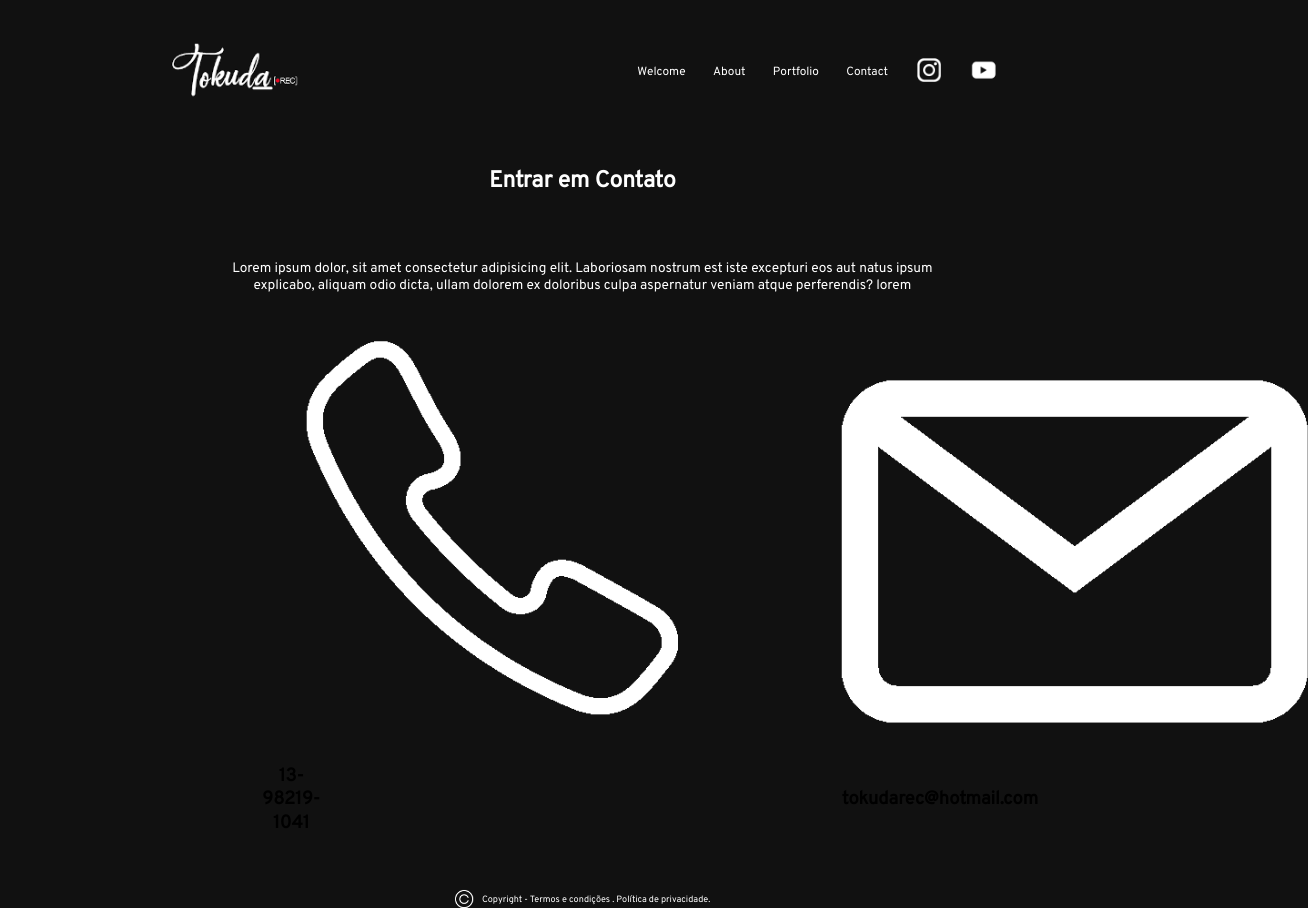
Repository: Lucasbeze/Project-FilmMaker
Page: projeto-alex/pages/contact.html
These files come from the project's save history. The page is drawn as it stood at one moment and after a run of saves; the edit follows.
The browser window is 1280 px wide. The page is 1437 px wide, then 1280 px, so the pictures cover 1437 px, including what lies to the right of the window. The pictures show the whole page, at 91% of full size.

Above is the page before, as saved 2022-08-26 16:42:15.

### projeto-alex/pages/contact.html
<!DOCTYPE html>
<html lang="pt-br">
<head>
  <meta charset="UTF-8">
  <meta http-equiv="X-UA-Compatible" content="IE=edge">
  <meta name="viewport" content="width=device-width, initial-scale=1.0">
  <title>Contact</title>
  <link rel="stylesheet" href="/css/contact.css">
  <link rel="shortcut icon" href="../imagens/faviconlogo.png" type="image/x-icon">
</head>
<body>
  <header>
    <a href="/"><img src="../imagens/logonovo.png" alt="logo-alextokuda"></a>
    <nav>
      <a href="/">Welcome</a>
      <a href="/about">About</a>
      <a href="/portfolio">Portfolio</a>
      <a href="/contact">Contact</a>
      <a href="https://www.instagram.com/" target="_blank"><img src="../imagens/instagram.png" alt="icon-instagram"></a>
      <a href="https://www.youtube.com/" target="_blank"><img src="../imagens/youtube.png" alt="icon-youtube"></a>
    </nav>
  </header>
  <main>
    <div class="main-page">
      <h1>Entrar em Contato</h1>
      <p>Lorem ipsum dolor, sit amet consectetur adipisicing elit. Laboriosam nostrum est iste excepturi eos aut natus ipsum explicabo, aliquam odio dicta, ullam dolorem ex doloribus culpa aspernatur veniam atque perferendis? lorem</p>
    </div>


    <div class="tel-mail">
      <div class="tel">
          <img src="../imagens/telefone (1).png" alt="icon-telefone">
          <h1>13-98219-1041</h1>

        </div>

        <div class="mail">

          <img src="../imagens/o-email.png" alt="icone-meial">
          <h1>tokudarec@hotmail.com</h1>
        </div>
    </div>


  </main>
  <footer>
    <img src="../imagens/copyright.png" alt="copyright-icon">
    <p>Copyright - Termos e condições . Política de privacidade. </p>
  </footer>

### projeto-alex/css/contact.css
@import url('https://fonts.googleapis.com/css2?family=Overpass&display=swap');

*{
  margin:0;
  padding:0;
  box-sizing:border-box;
}
:root {
  --main-bg-color:#111111;
  --text-color:#FFFFFF;
  --ff-text:'Overpass', sans-serif;
  --color-button: #D9D9D9;
  --color-butttonh:#afafaf ;
  font-size: 62.5%;
}
body{
  background-color:var(--main-bg-color);
  font-family:'Overpass', sans-serif;;
}
header{
  margin-top: 4.4rem;
  display: flex;
  align-items: center;
  justify-content: space-around;

}
header nav{
  font-size: 1.3rem;
  display: flex;
  align-items:center;
  gap: 30px;
}
header nav a {
  text-decoration: none;
  color:var(--text-color);
}
header nav img {
  width: 30px;
}
main {
  text-align: center;
}
.main-page {
  display: flex;
  align-items: center;
  flex-direction: column;
  justify-content: center;
}
.main-page h1 {
  margin-top:7rem;
  color: var(--text-color);
  font-size: 2.5rem;
}
.main-page p {
  width: 80rem;
  margin-top: 7rem;
  color: var(--text-color);
  font-size: 1.5rem;
}
.tel-mail {
  display: flex;
  justify-content: space-around;
  align-items: center;
}
.tel{
  width: 7rem;
}
.mail{
  width: 7rem;
}
footer{
  margin-top: 6rem;
  display:flex;
  align-items: center;
  justify-content: center;
  align-content: center;
  gap: 1rem;
  color: var(--text-color);
}
footer img{
  width:20px;
}

After the next 2 saves:
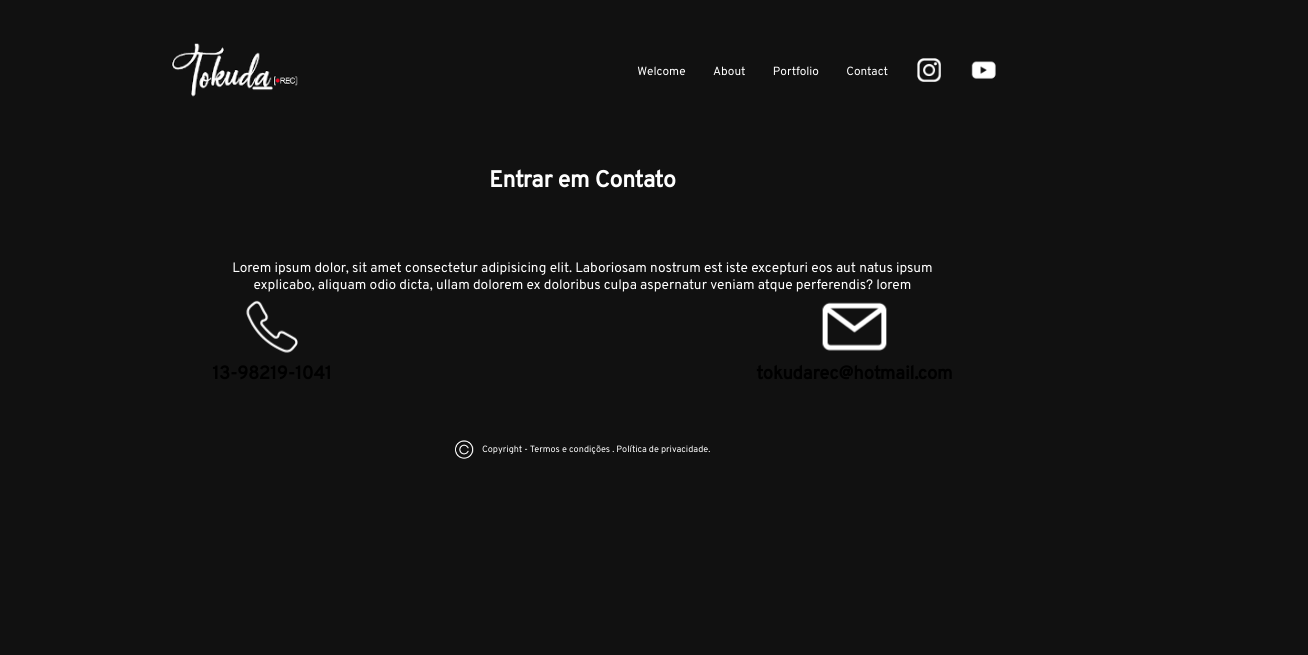
The 2 saves are shown as one change because they came seconds apart.
The last was saved 8 s later.
--- a/projeto-alex/css/contact.css
+++ b/projeto-alex/css/contact.css
@@ -62,10 +62,10 @@ main {
   justify-content: space-around;
   align-items: center;
 }
-.tel{
+.tel img{
   width: 7rem;
 }
-.mail{
+.mail img{
   width: 7rem;
 }
 footer{
